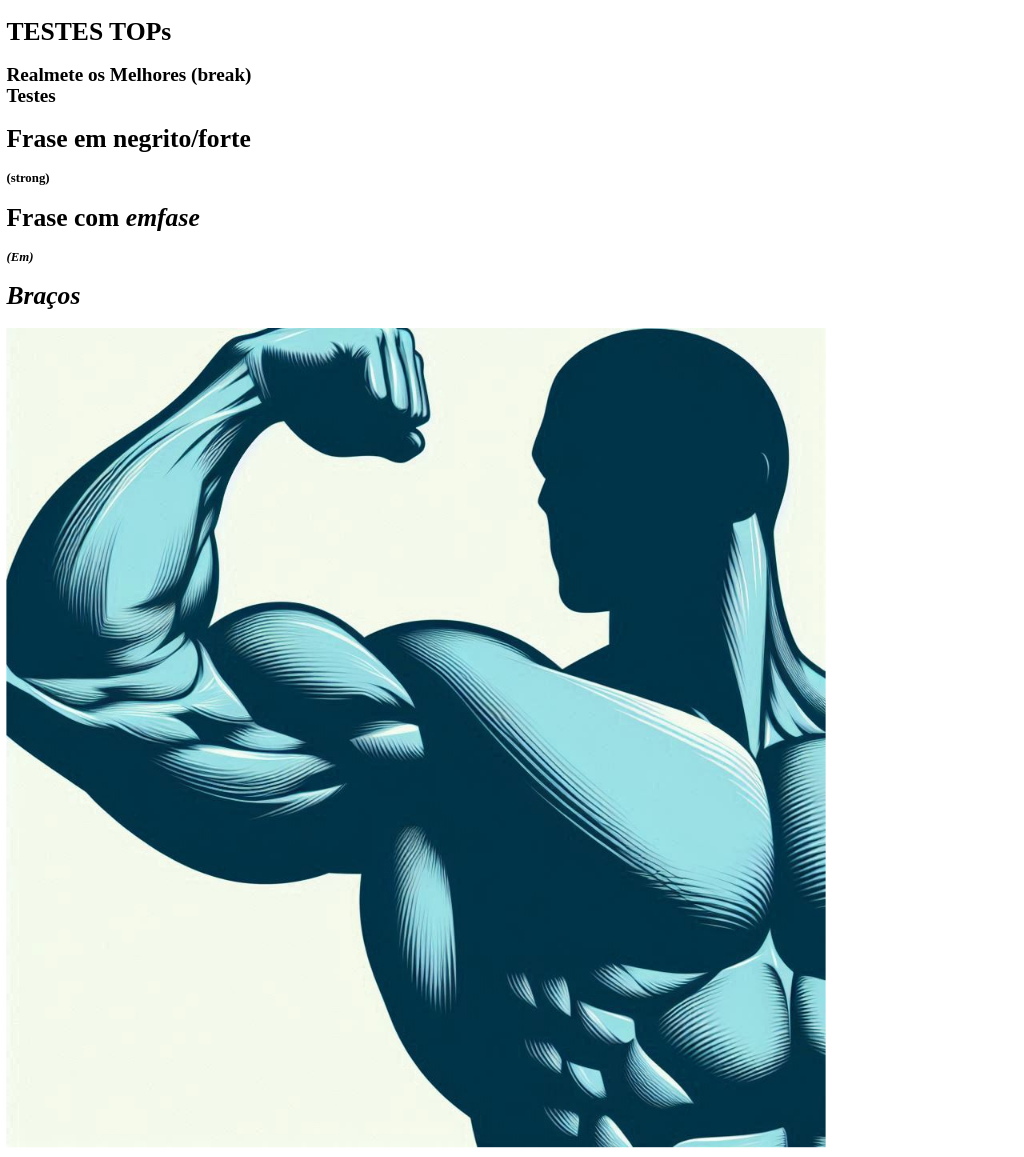
Repository: LuidyOn/Site_Forca_Total
Page: ForçaTotal/teste.html
An editor plug-in stored every save of this project. The page is shown before and after the next save, followed by the edit.
The browser window is 1280 px wide. The pictures show the whole page, at 80% of full size.

Above is the page before, as saved 2025-05-13 19:03:13.

### ForçaTotal/teste.html
<!DOCTYPE html>
<html lang="pt-br">
<head>
  <meta charset="UTF-8">
  <meta name="viewport" content="width=device-width, initial-scale=1.0">
  <link rel="shortcut icon" href="img/icons/logo.ico" type="image/x-icon">
  <title>Testes Força total</title>
</head>
<body>

<h1>TESTES TOPs</h1>

  <h2>Realmete os Melhores (break)<br> Testes</h2>

<H1>Frase em <strong>negrito/forte</strong> </H1>
<p><strong>(strong)</p>

<H1>Frase com <em>emfase</em> </h1> <p> <em>(Em)<em> </p>

  <h1>Braços</h1>
<img src="img/parteSerior.png" alt="parte superior">

</body>
</html>

After the next save:
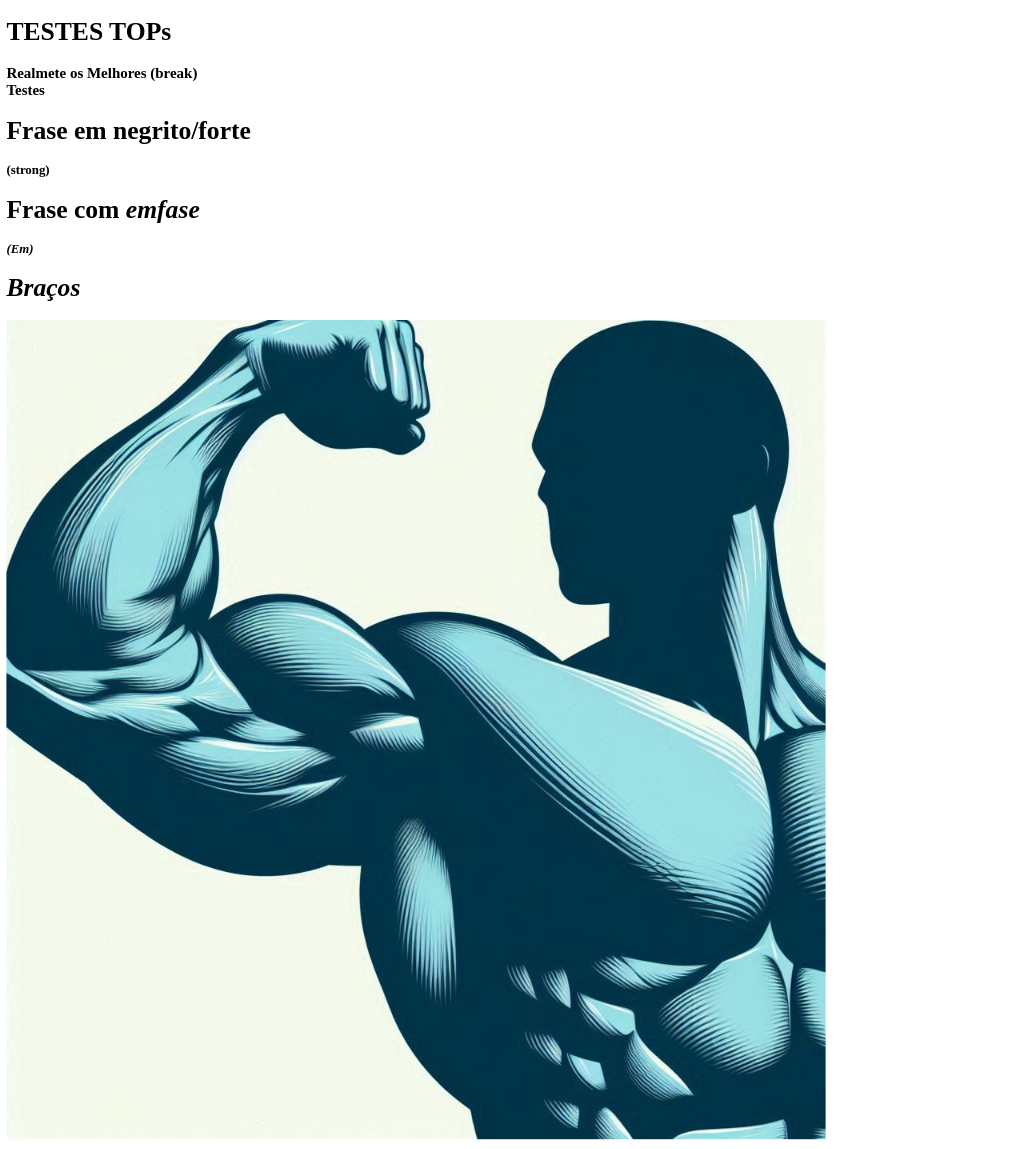
Saved 17 h 31 min later.
--- a/ForçaTotal/teste.html
+++ b/ForçaTotal/teste.html
@@ -10,7 +10,7 @@
 
 <h1>TESTES TOPs</h1>
 
-  <h2>Realmete os Melhores (break)<br> Testes</h2>
+  <h3>Realmete os Melhores (break)<br> Testes</h2>
 
 <H1>Frase em <strong>negrito/forte</strong> </H1>
 <p><strong>(strong)</p>
